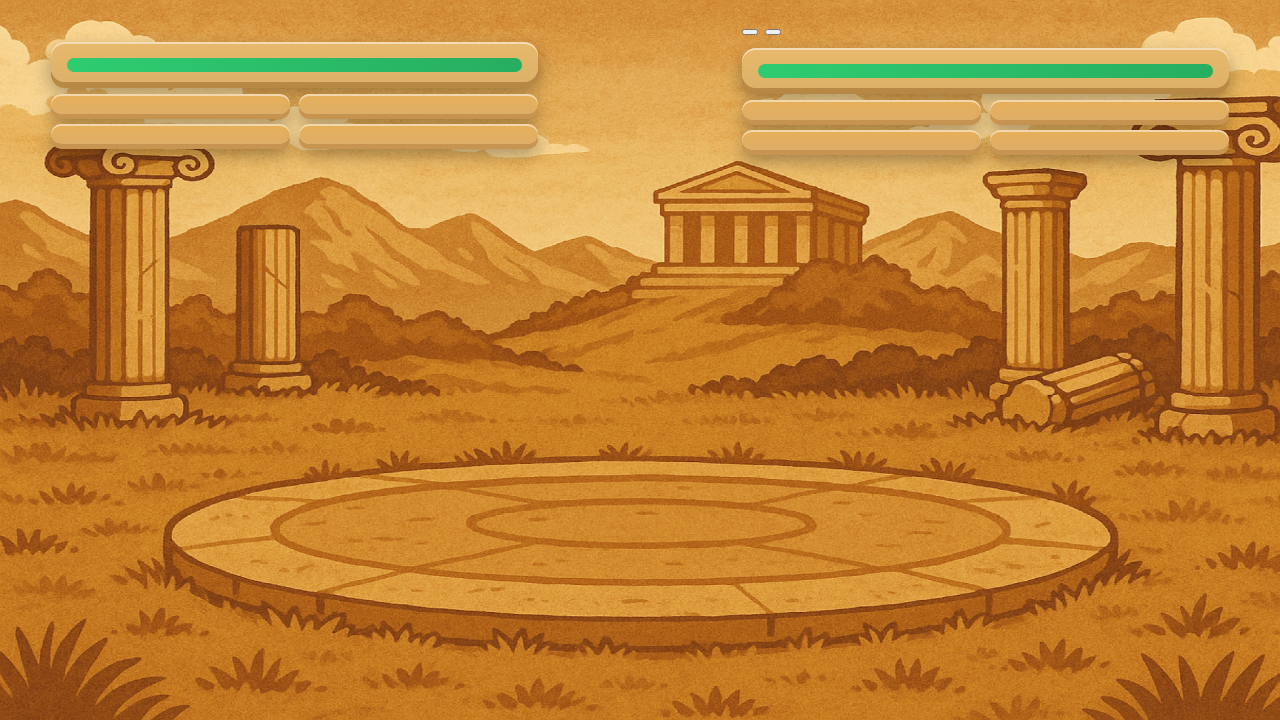
Repository: brianabariteau/Web-1-Final-Project-2025
Page: features/game/game.html
These files come from the project's save history. The page is drawn as it stood at one moment and after the next save; the edit follows.
The browser window is 1280 px wide. The pictures show the whole page.
Some web fonts or font styles are not loaded; a fallback is used.

Above is the page before, as saved 2025-12-23 18:15:54.

After the next save:
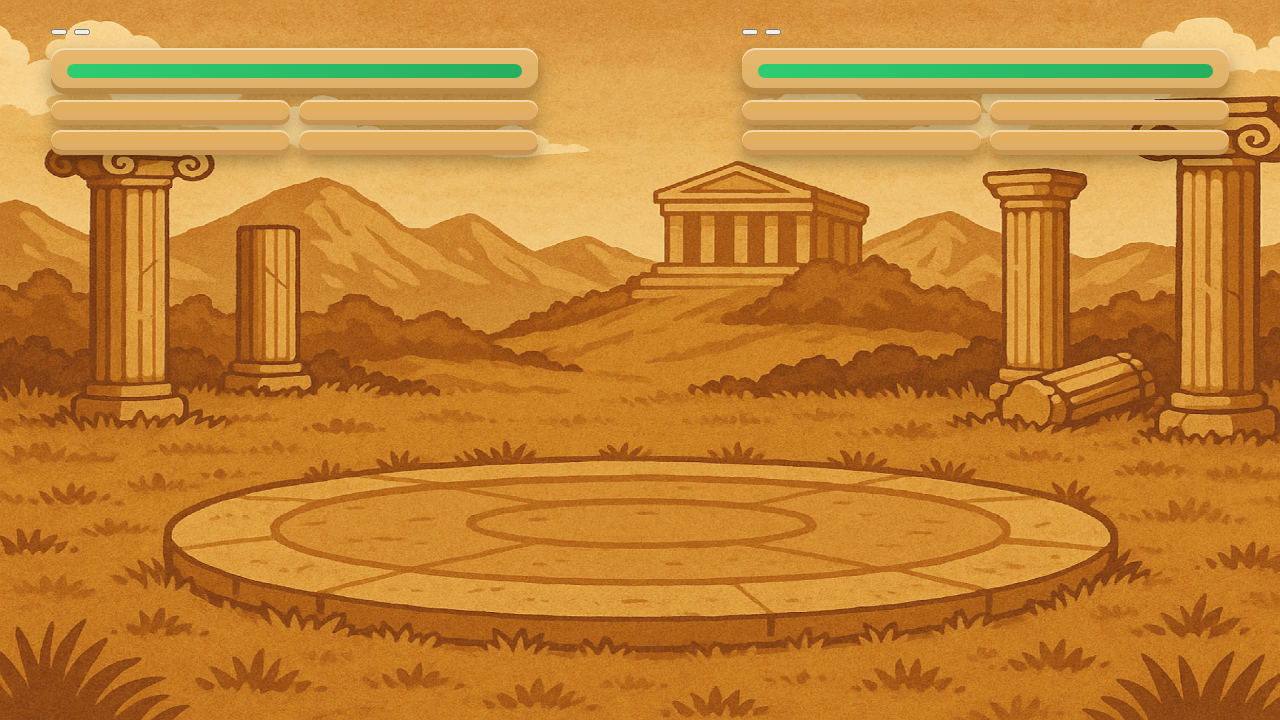
Saved 13 s later.
--- a/features/game/game.js
+++ b/features/game/game.js
@@ -83,6 +83,7 @@ $(player1Moves).append(player1Move1, player1Move2, player1Move3, player1Move4);
 const player1Abilities = $("<div>").addClass("player1-abilities");
 const player1ability1 = $("<button>").addClass("player1-ability1");
 const player1ability2 = $("<button>").addClass("player1-ability2");
+$(player1Abilities).append(player1ability1, player1ability2);
 
 $(player1battle).append(player1Abilities, player1Name, player1Moves);
 
